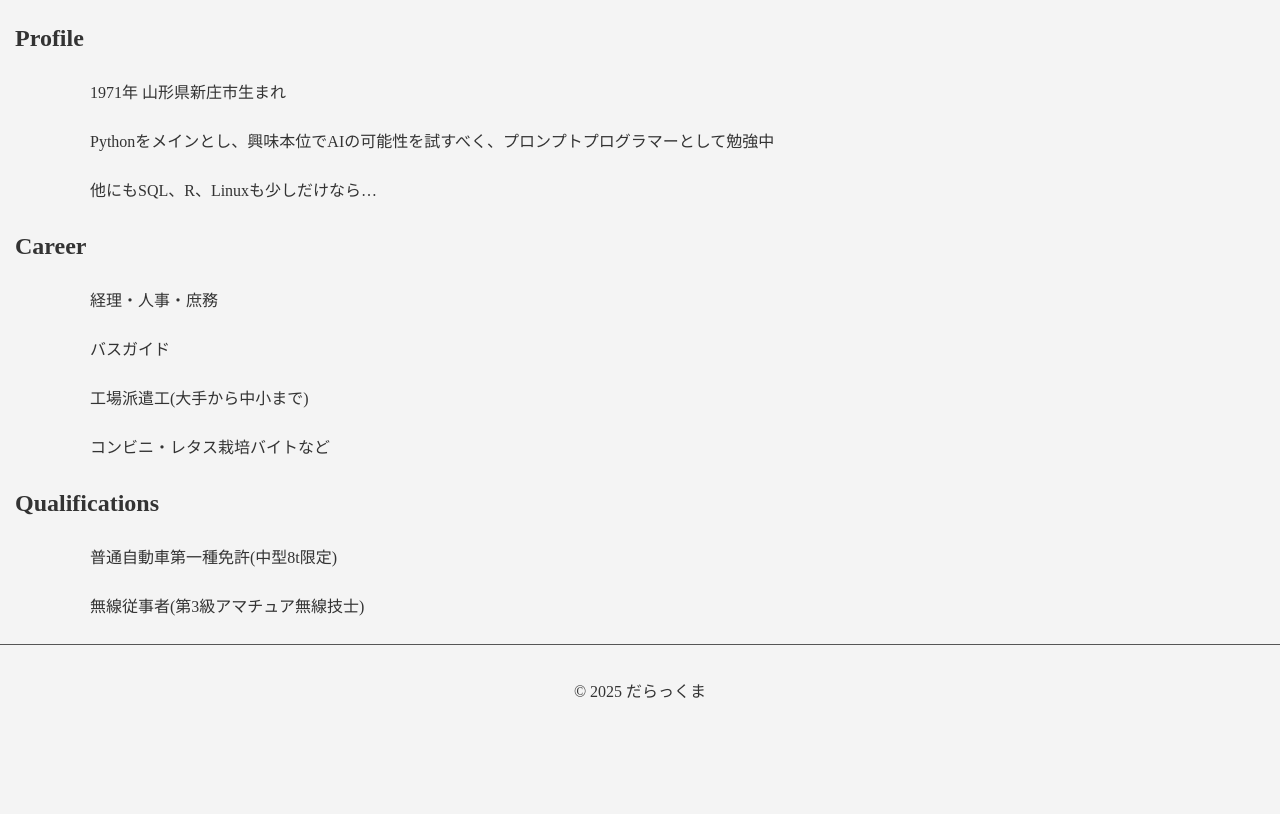
Repository: rydeen7907/html
Page: profile.html
The author's editor kept a copy of each file at every save. The page is drawn from the files as they stood at one save, then again after a run of saves.
The browser window is 1280 px wide. The pictures show the whole page.

Above is the page before, as saved 2025-04-27 17:47:21.

After the next 6 saves:
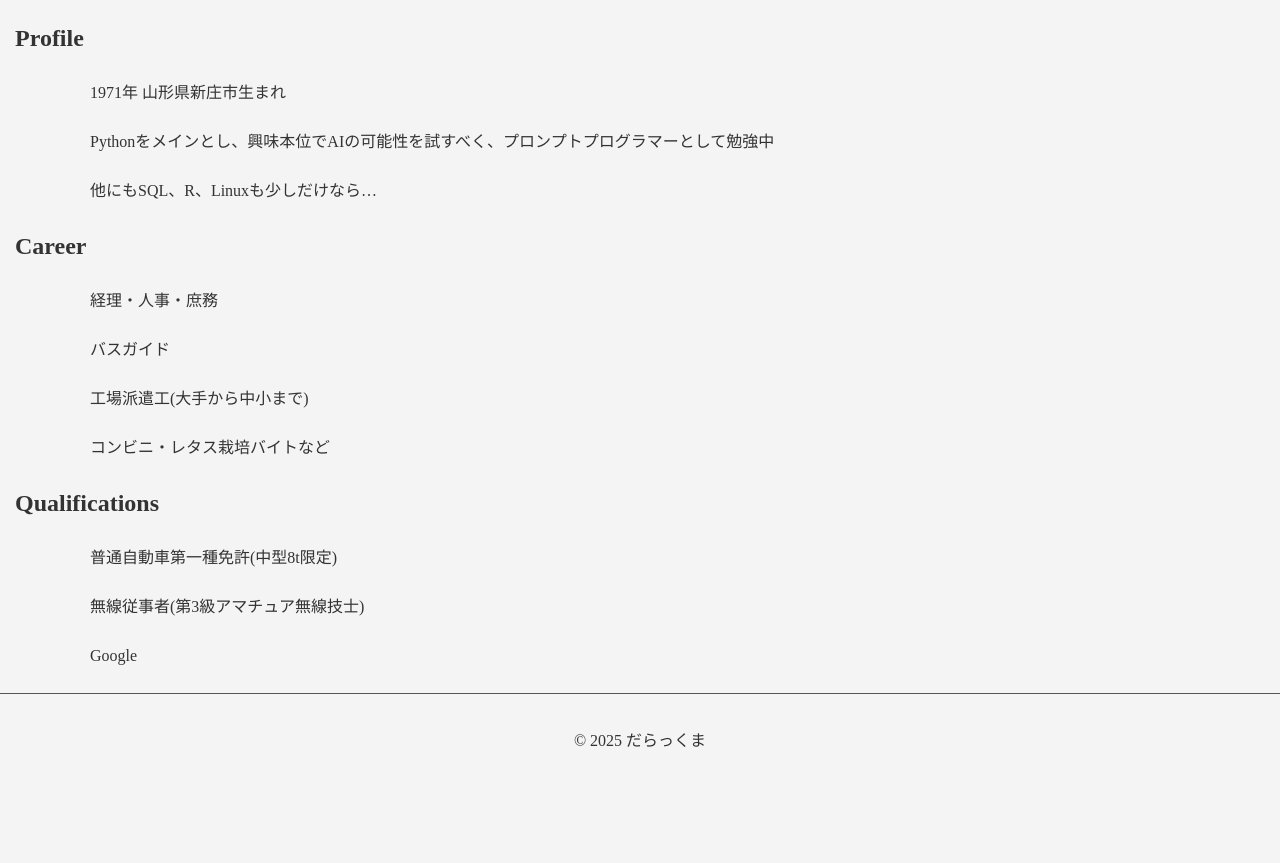
The 6 saves are shown as one change because they came seconds apart.
The last was saved 29 s later.
--- a/profile.html
+++ b/profile.html
@@ -27,6 +27,7 @@
         <ul>
         <p>普通自動車第一種免許(中型8t限定)</p>
         <p>無線従事者(第3級アマチュア無線技士)</p>
+        <p>Google </p>
         </ul>
 
     </main>
